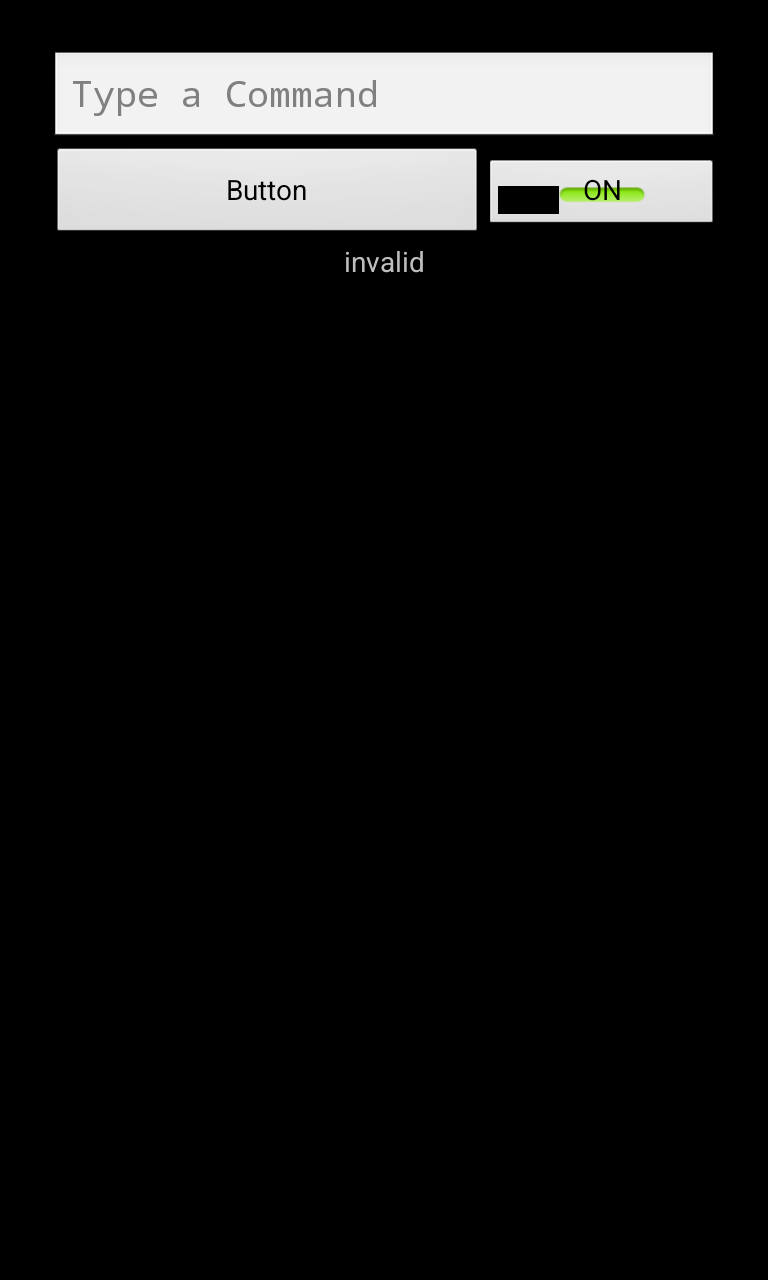
Repository: mcranwill/java_android
Layout: newboston/res/layout/text.xml
An editor plug-in stored every save of this project. The layout is shown before and after the next save, followed by the edit.
It is drawn on a 768 x 1280 px phone screen (xhdpi) without system bars, with theme android:Theme; the app's code is not run.

Above is the layout before, as saved 2012-06-10 18:45:25.

### newboston/res/layout/text.xml
<?xml version="1.0" encoding="UTF-8"?>
<LinearLayout xmlns:android="http://schemas.android.com/apk/res/android"
    android:padding="25dp"
    android:layout_width="match_parent"
    android:layout_height="match_parent"
    android:orientation="vertical" >

    <EditText
        android:id="@+id/etCommands"
        android:layout_width="fill_parent"
        android:layout_height="wrap_content"
        android:hint="@string/basic_hint"
        android:password="true" />

    <LinearLayout
        android:layout_width="fill_parent"
        android:layout_height="wrap_content"
        android:orientation="horizontal"
        android:weightSum="100">

        <Button
            android:layout_weight="35"
            android:id="@+id/bResults"
            android:layout_width="fill_parent"
            android:layout_height="wrap_content"
            android:text="Button" />

        <ToggleButton
            android:id="@+id/toggleButton1"
            android:layout_width="fill_parent"
            android:layout_height="wrap_content"
            android:layout_weight="65"
            android:paddingBottom="10dp"
            android:checked="true"
            android:text="ToggleButton" />

    </LinearLayout>

    <TextView
        android:id="@+id/tvResutls"
        android:layout_width="fill_parent"
        android:layout_height="wrap_content"
        android:gravity="center"
        android:text="invalid" />

</LinearLayout>

### newboston/res/values/strings.xml
<?xml version="1.0" encoding="utf-8"?>
<resources>

    <string name="hello">Hello World, StartingPoint!</string>
    <string name="app_name">Newboston</string>
    <string name="basic_hint">Type a Command</string>

</resources>

After the next save:
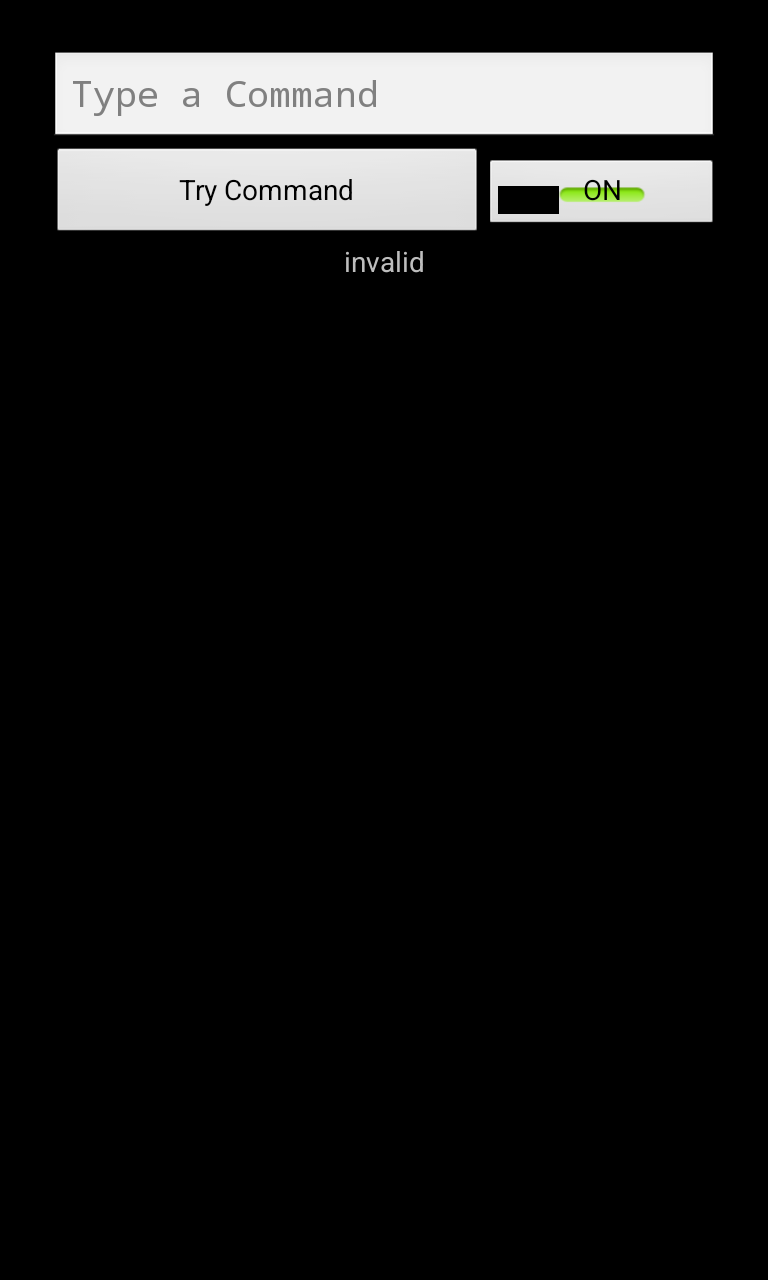
Saved 21 s later.
--- a/newboston/res/layout/text.xml
+++ b/newboston/res/layout/text.xml
@@ -23,7 +23,7 @@
             android:id="@+id/bResults"
             android:layout_width="fill_parent"
             android:layout_height="wrap_content"
-            android:text="Button" />
+            android:text="Try Command" />
 
         <ToggleButton
             android:id="@+id/toggleButton1"
